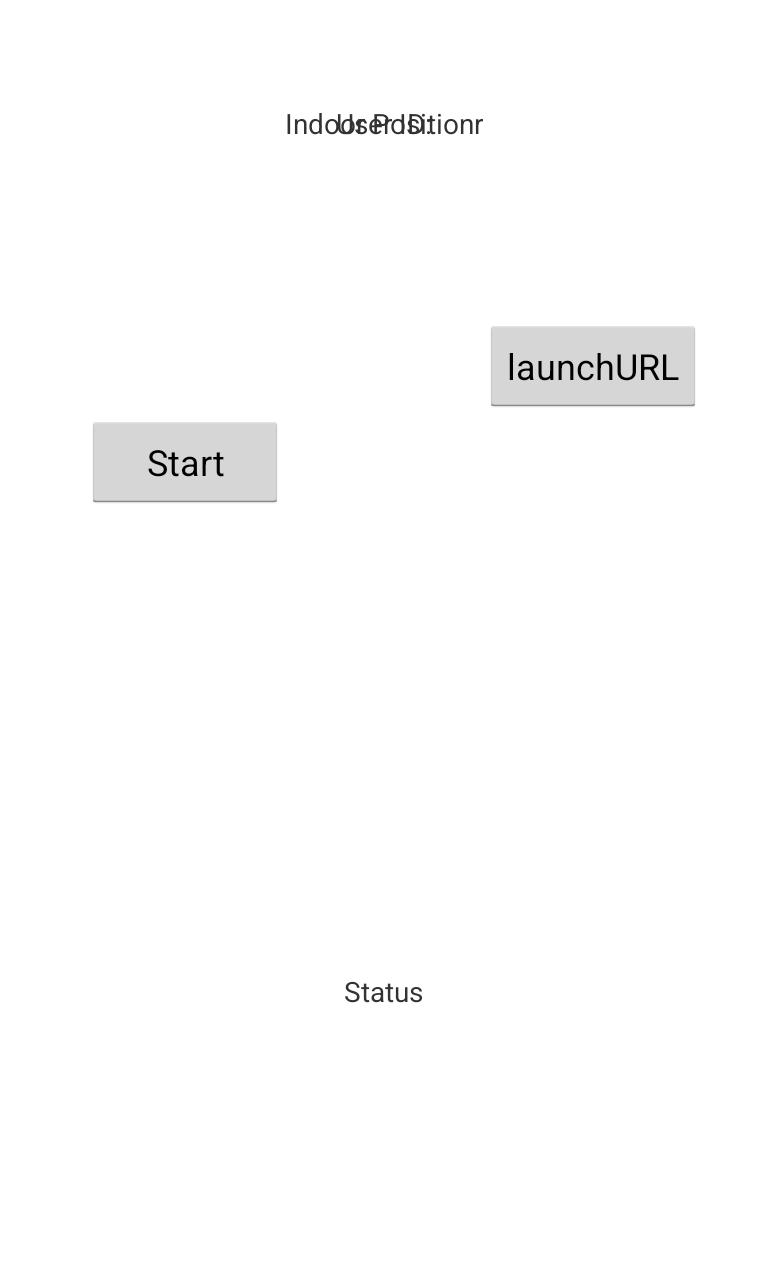
Repository: otherview/IndoorPositionr
Layout: FaseIII/Mobile/HelloWorld/res/layout/activity_main.xml
An editor plug-in stored every save of this project. The layout is shown before and after the next save, followed by the edit.
It is drawn on a 768 x 1280 px phone screen (xhdpi) without system bars, with theme AppTheme; the app's code is not run.

Above is the layout before, as saved 2014-01-28 17:39:29.

### FaseIII/Mobile/HelloWorld/res/layout/activity_main.xml
<RelativeLayout xmlns:android="http://schemas.android.com/apk/res/android"
    xmlns:tools="http://schemas.android.com/tools"
    android:layout_width="match_parent"
    android:layout_height="match_parent"
    android:paddingBottom="@dimen/activity_vertical_margin"
    android:paddingLeft="@dimen/activity_horizontal_margin"
    android:paddingRight="@dimen/activity_horizontal_margin"
    android:paddingTop="@dimen/activity_vertical_margin"
    tools:context=".MainActivity" >

     <TextView
         android:id="@+id/textView2"
         android:layout_width="wrap_content"
         android:layout_height="wrap_content"
         android:layout_alignParentTop="true"
         android:layout_centerHorizontal="true"
         android:layout_marginTop="36dp"
         android:text="@string/Title" />

        <TextView
         android:id="@+id/textViewUserID"
         android:layout_width="wrap_content"
         android:layout_height="wrap_content"
         android:layout_alignParentTop="true"
         android:layout_centerHorizontal="true"
         android:layout_marginTop="36dp"
         android:text="User ID:" />

      <Button
         android:id="@+id/button1"
         android:layout_width="100dp"
         android:layout_height="wrap_content"
         android:layout_below="@+id/button2"
         android:layout_toLeftOf="@+id/textView2"
         android:onClick="sendMessage"
         android:text="@string/button_send" />

     <Button
         android:id="@+id/button2"
         android:layout_width="wrap_content"
         android:layout_height="wrap_content"
         android:layout_below="@+id/textView2"
         android:layout_marginTop="88dp"
         android:layout_toRightOf="@+id/textView2"
         android:clickable="false"
         android:onClick="launchURL"
         android:text="launchURL" />

     <TextView
         android:id="@+id/textView1"
         android:layout_width="wrap_content"
         android:layout_height="wrap_content"
         android:layout_alignParentBottom="true"
         android:layout_centerHorizontal="true"
         android:layout_marginBottom="119dp"
         android:maxLines="15"
         android:scrollbars="vertical"
         android:text="@string/hello_world" />



</RelativeLayout>

### FaseIII/Mobile/HelloWorld/res/values/strings.xml
<?xml version="1.0" encoding="utf-8"?>
<resources>

    <string name="app_name">Indoor Positionr</string>
    <string name="action_settings">Settings</string>
    <string name="hello_world">Status</string>
    <string name="button_send">Start</string>
    <string name="Title">Indoor Positionr</string>
    <string name="LaunchURL">See Location</string>

</resources>

Loaded but not shown: FaseIII/Mobile/HelloWorld/res/values/styles.xml (common file); FaseIII/Mobile/HelloWorld/res/values-v11/styles.xml (common file); FaseIII/Mobile/HelloWorld/res/values-v14/styles.xml (common file); FaseIII/Mobile/HelloWorld/res/values/dimens.xml (common file)

After the next save:
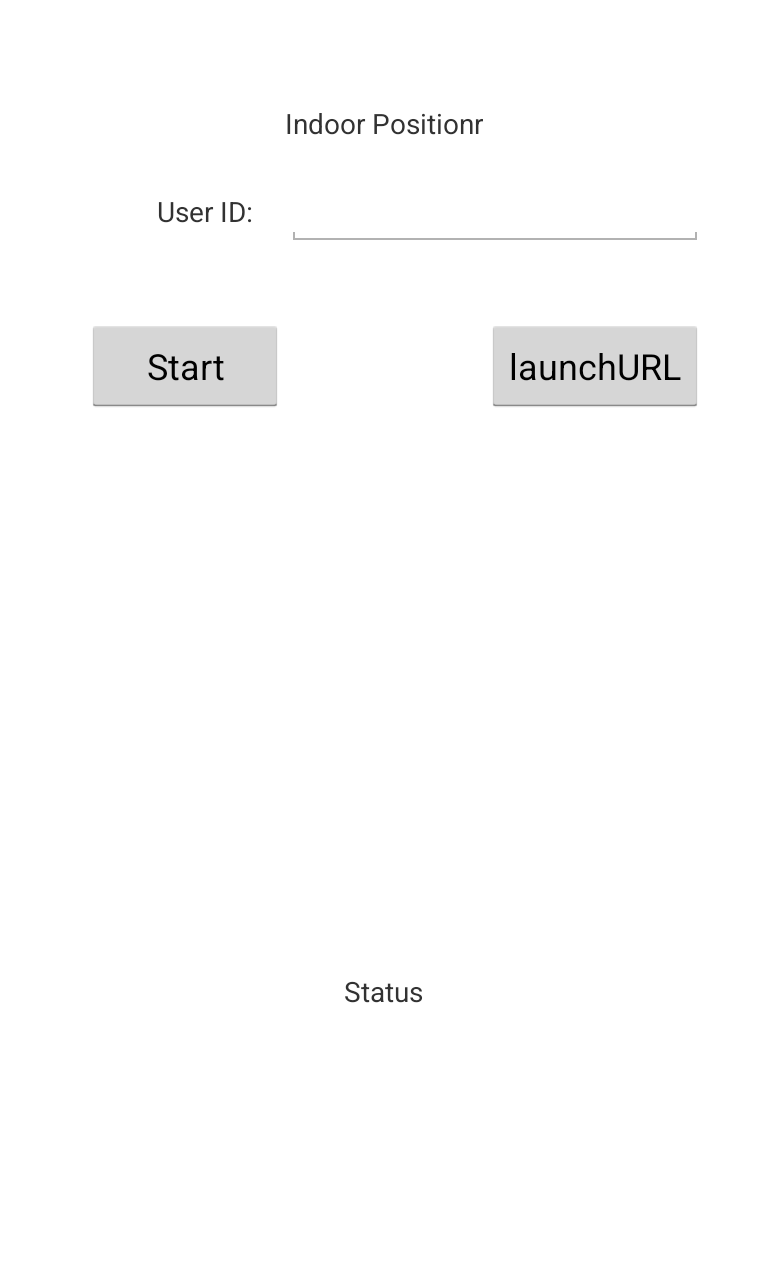
Saved 56 s later.
--- a/FaseIII/Mobile/HelloWorld/res/layout/activity_main.xml
+++ b/FaseIII/Mobile/HelloWorld/res/layout/activity_main.xml
@@ -17,35 +17,6 @@
          android:layout_marginTop="36dp"
          android:text="@string/Title" />
 
-        <TextView
-         android:id="@+id/textViewUserID"
-         android:layout_width="wrap_content"
-         android:layout_height="wrap_content"
-         android:layout_alignParentTop="true"
-         android:layout_centerHorizontal="true"
-         android:layout_marginTop="36dp"
-         android:text="User ID:" />
-
-      <Button
-         android:id="@+id/button1"
-         android:layout_width="100dp"
-         android:layout_height="wrap_content"
-         android:layout_below="@+id/button2"
-         android:layout_toLeftOf="@+id/textView2"
-         android:onClick="sendMessage"
-         android:text="@string/button_send" />
-
-     <Button
-         android:id="@+id/button2"
-         android:layout_width="wrap_content"
-         android:layout_height="wrap_content"
-         android:layout_below="@+id/textView2"
-         android:layout_marginTop="88dp"
-         android:layout_toRightOf="@+id/textView2"
-         android:clickable="false"
-         android:onClick="launchURL"
-         android:text="launchURL" />
-
      <TextView
          android:id="@+id/textView1"
          android:layout_width="wrap_content"
@@ -57,6 +28,44 @@
          android:scrollbars="vertical"
          android:text="@string/hello_world" />
 
+     <EditText
+         android:id="@+id/editText1"
+         android:layout_width="wrap_content"
+         android:layout_height="wrap_content"
+         android:layout_alignBaseline="@+id/textViewUserID"
+         android:layout_alignBottom="@+id/textViewUserID"
+         android:layout_toRightOf="@+id/button1"
+         android:ems="10" />
 
+     <TextView
+         android:id="@+id/textViewUserID"
+         android:layout_width="wrap_content"
+         android:layout_height="wrap_content"
+         android:layout_alignRight="@+id/button1"
+         android:layout_below="@+id/textView2"
+         android:layout_marginRight="16dp"
+         android:layout_marginTop="25dp"
+         android:text="User ID:" />
+
+     <Button
+         android:id="@+id/button2"
+         android:layout_width="wrap_content"
+         android:layout_height="wrap_content"
+         android:layout_alignRight="@+id/editText1"
+         android:layout_below="@+id/editText1"
+         android:layout_marginTop="35dp"
+         android:clickable="false"
+         android:onClick="launchURL"
+         android:text="launchURL" />
+
+     <Button
+         android:id="@+id/button1"
+         android:layout_width="100dp"
+         android:layout_height="wrap_content"
+         android:layout_alignBaseline="@+id/button2"
+         android:layout_alignBottom="@+id/button2"
+         android:layout_toLeftOf="@+id/textView2"
+         android:onClick="sendMessage"
+         android:text="@string/button_send" />
 
 </RelativeLayout>
